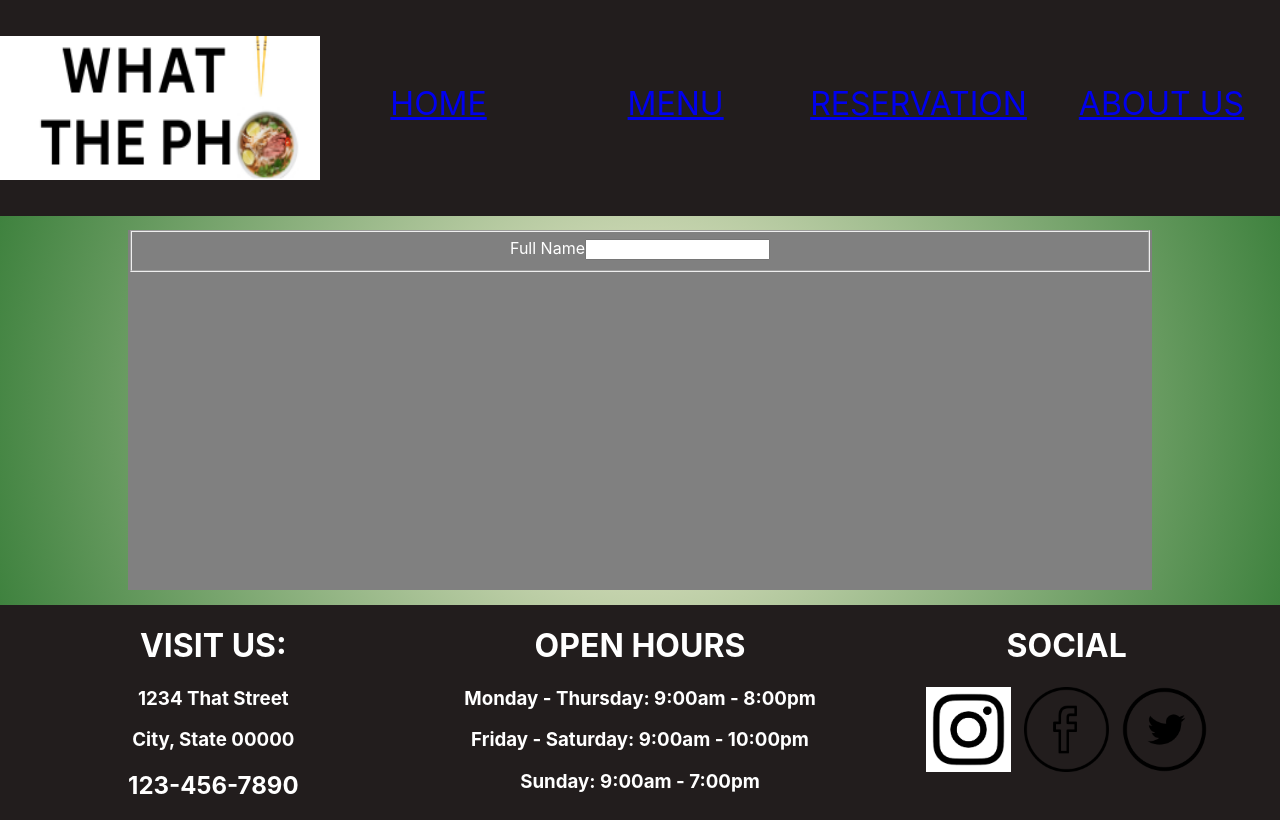
Repository: NguyenkhDang/Restaurant-Website
Page: /contactUs
The author's editor kept a copy of each file at every save. The page is drawn from the files as they stood at one save, then again after the next save.
The browser window is 1280 px wide. The pictures show the whole page.
The project was rebuilt for these pictures with package versions that can differ from the ones it lists, and the page was loaded fresh each time. Also part of the build but not shown: src/CSS/Readmore.css, src/Readmore.js, src/CSS/SectionContainer.css, src/SectionContainer.js, src/CSS/Home.css, src/Pages/HomePage.js, src/Pages/MenuPage.js, src/CSS/ReservationForm.css and 4 more.

Above is the page before, as saved 2026-01-18 21:18:40.

After the next save:
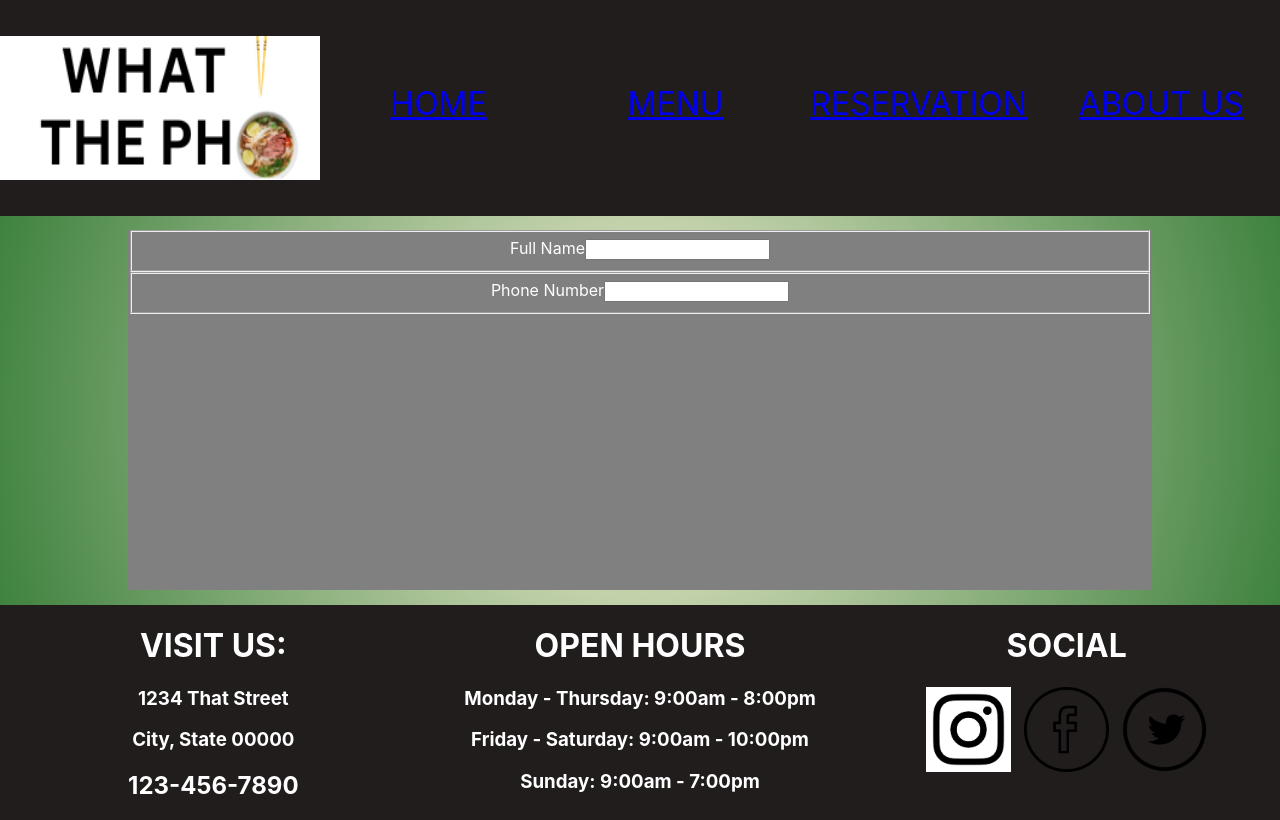
Saved 95 s later.
--- a/src/Pages/ContactUsPage.js
+++ b/src/Pages/ContactUsPage.js
@@ -23,8 +23,15 @@ const ContactUsPage = () =>{
             id="name"
             required
           />
+        </fieldset>
+        <fieldset>
+          <label for="phone">Phone Number</label>
+          <input
+            type="email"
+            name="Email"
+            id="email"
 
-
+            />
         </fieldset>
       </form>
     </div>
